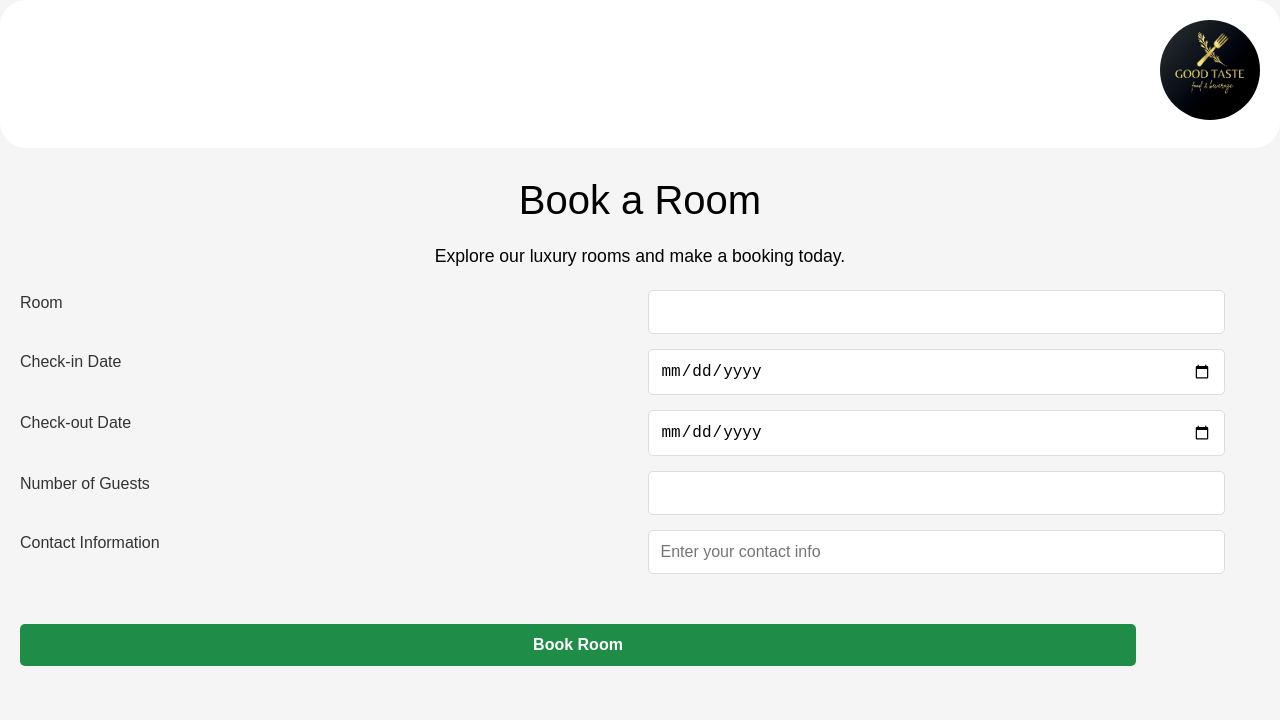
Repository: malingubarnice/Online-Reservation-System
Page: seperate_room.html
An editor plug-in stored every save of this project. The page is shown before and after the next save, followed by the edit.
The browser window is 1280 px wide. The pictures show the whole page.

Above is the page before, as saved 2025-04-03 18:37:11.
Console error: TypeError: Cannot read properties of null (reading 'addEventListener')

After the next save:
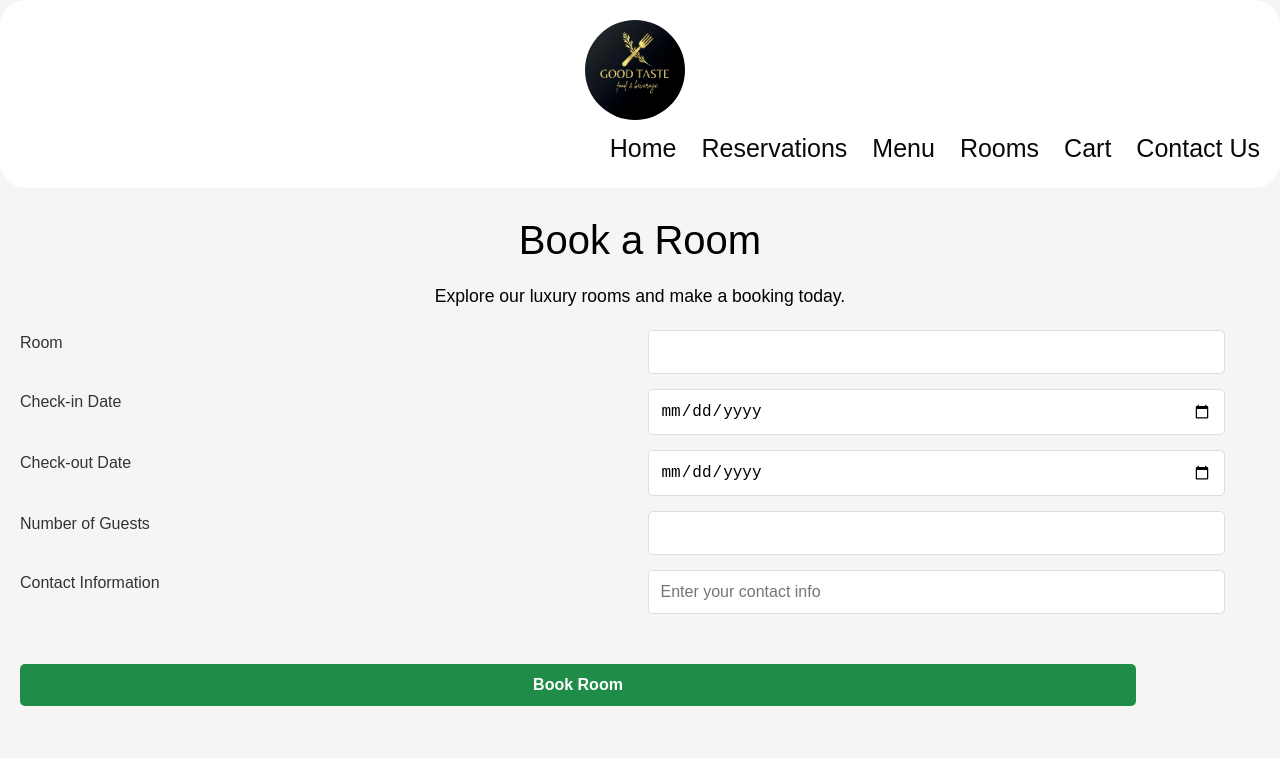
Saved 49 s later.
--- a/seperate_room.html
+++ b/seperate_room.html
@@ -12,6 +12,16 @@
         <!-- Navigation Bar -->
      <div class="logo">
       <img src="assets/logo.jpg" alt="Copper Ivy Logo">
+      <nav class="navbar">
+        <ul>
+          <li><a href="#menu">Home</a></li>
+          <li><a href="#reservations">Reservations</a></li>
+          <li><a href="#menu">Menu</a></li>
+          <li><a href="#rooms">Rooms</a></li>
+          <li><a href="#cart">Cart</a></li>
+          <li><a href="#contact">Contact Us</a></li>
+        </ul>
+      </nav>
 
      </div>
 
